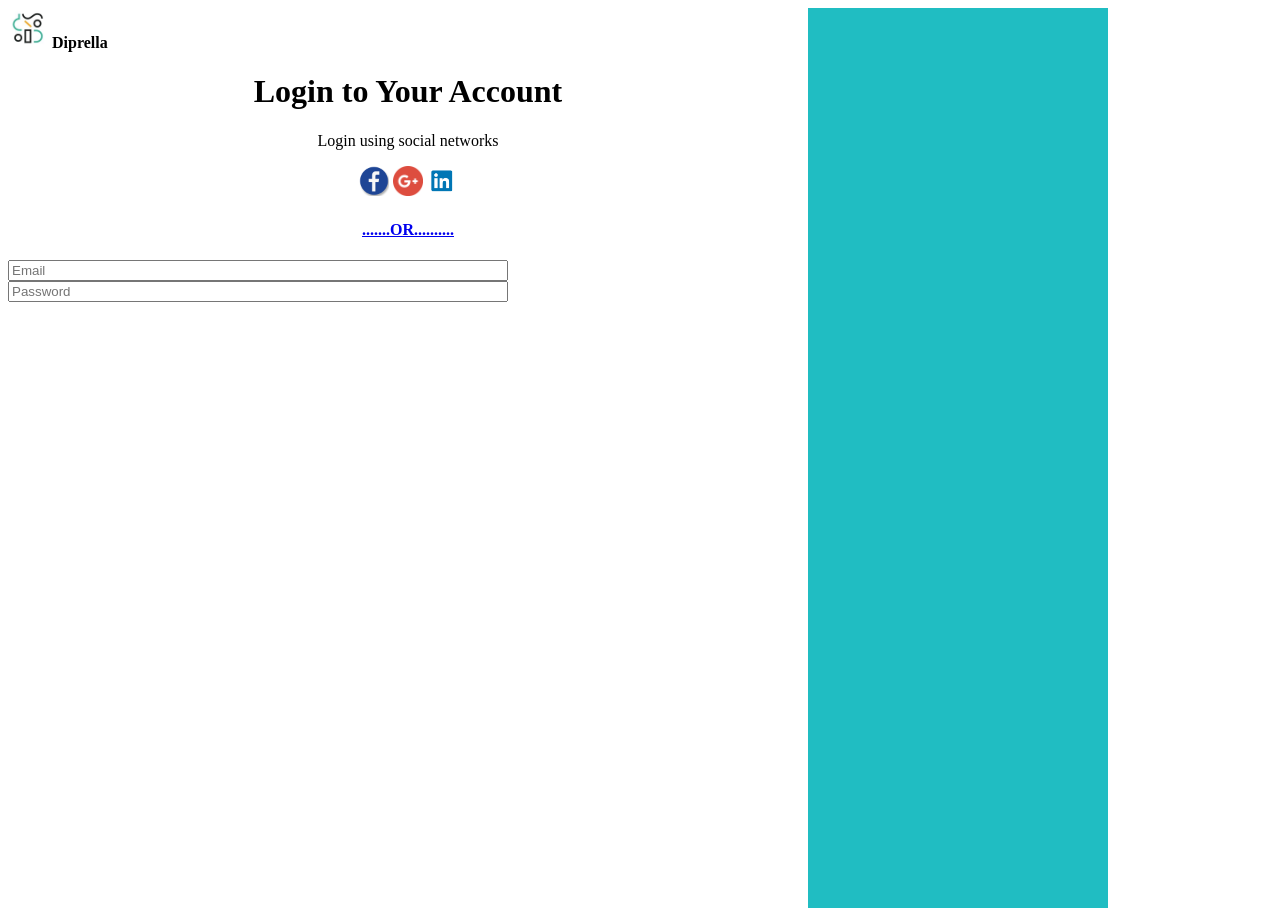
Repository: Tobby004/bdc-assignment-3
Page: task.html
The author's editor kept a copy of each file at every save. The page is drawn from the files as they stood at one save, then again after the next save.
The browser window is 1280 px wide. The pictures show the whole page.

Above is the page before, as saved 2023-02-21 23:57:56.

After the next save:
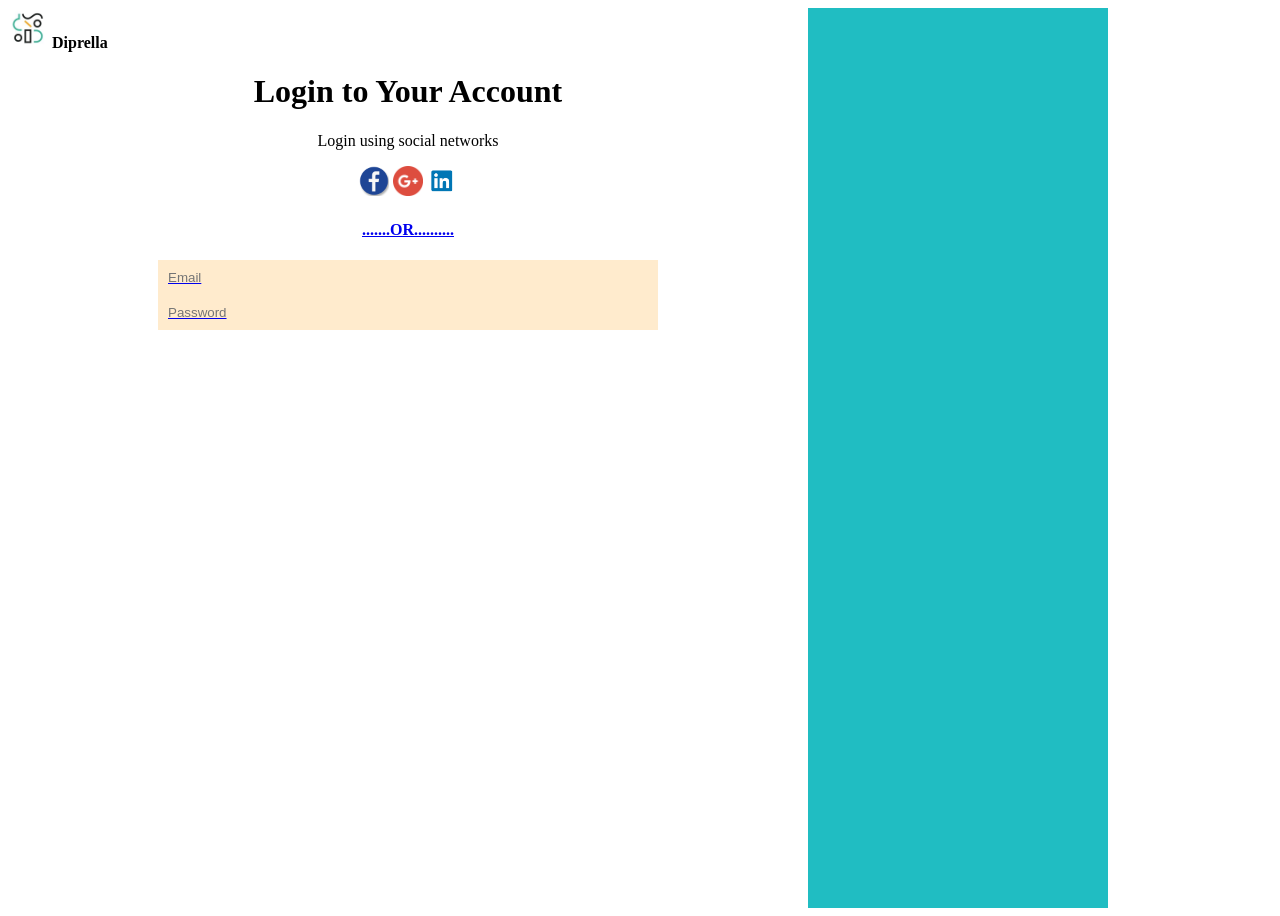
Saved 2 min 41 s later.
--- a/task.css
+++ b/task.css
@@ -42,3 +42,13 @@ margin-right: auto;
 
 }
 input {
+    display: block;
+    background-color: blanchedalmond;
+   border: none;
+   padding: 10px;
+   width: 100%;
+   margin-left: auto;
+   margin-right: auto;
+
+
+}
